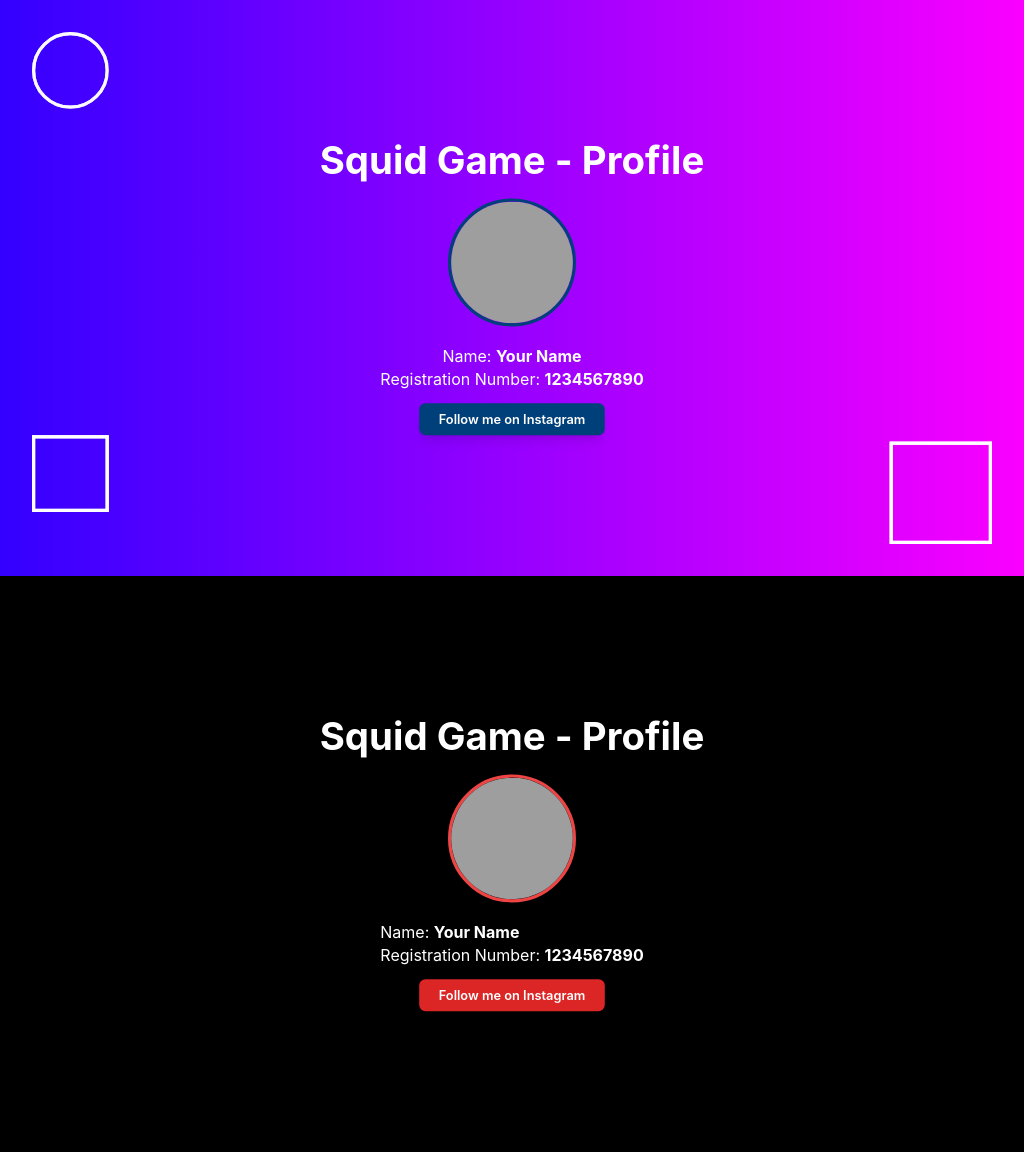
Repository: Vivek300705/Dashboard
Page: /second-page
These files come from the project's save history. The page is drawn as it stood at one moment and after the next save; the edit follows.
The browser window is 1280 px wide. The pictures show the whole page, at 80% of full size.
Pictures or frames that could not be fetched are drawn as grey boxes. The project was rebuilt for these pictures with package versions that can differ from the ones it lists, and the page was loaded fresh each time. Also part of the build but not shown: src/components/Home.js.

Above is the page before, as saved 2025-01-22 14:43:38.

After the next save:
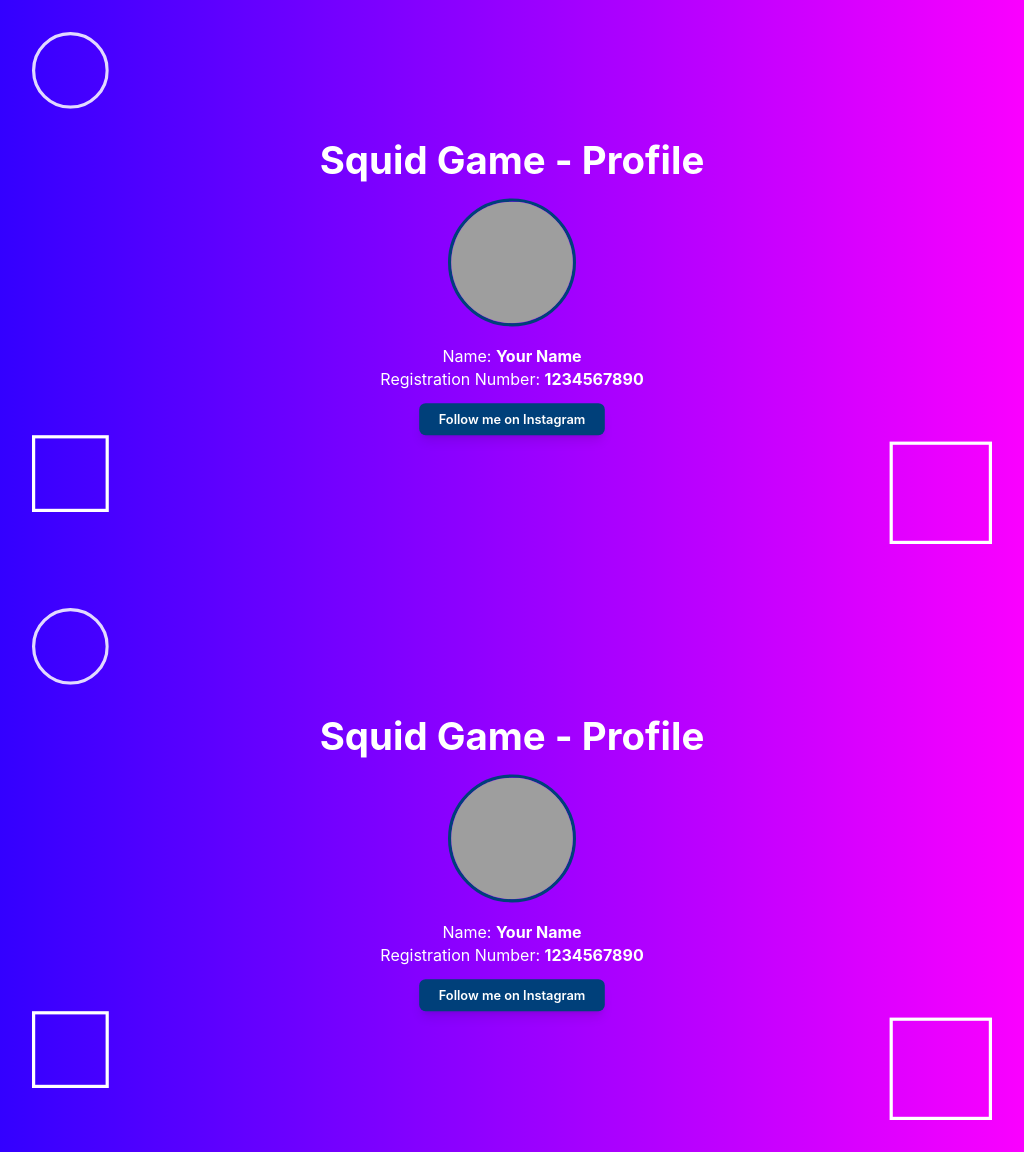
Saved 43 s later.
--- a/src/components/Profile.js
+++ b/src/components/Profile.js
@@ -6,12 +6,14 @@
   };
 
   return (
-    <div className="bg-black min-h-screen flex flex-col items-center justify-center text-white">
+    <div className="bg-gradient-to-r from-[#3300FF] to-[#FA00FF] min-h-screen flex flex-col items-center justify-center text-white relative">
       {/* Squid Game Style Header */}
-      <div className="text-5xl font-bold mb-6 text-center">Squid Game - Profile</div>
+      <div className="text-5xl font-bold mb-6 text-center">
+        Squid Game - Profile
+      </div>
 
       {/* Profile Picture */}
-      <div className="w-40 h-40 rounded-full overflow-hidden border-4 border-red-500 mb-6">
+      <div className="w-40 h-40 rounded-full overflow-hidden border-4 border-[#00407A] mb-6">
         <img
           src="/your-picture.jpg" // Replace with your image path
           alt="Your Name"
@@ -20,7 +22,7 @@
       </div>
 
       {/* Name and Registration Number */}
-      <div className="text-xl mb-4">
+      <div className="text-xl mb-4 text-center">
         <p>Name: <strong>Your Name</strong></p>
         <p>Registration Number: <strong>1234567890</strong></p>
       </div>
@@ -28,7 +30,7 @@
       {/* Instagram Button */}
       <button
         onClick={redirectToInstagram}
-        className="bg-red-600 hover:bg-red-700 text-white font-semibold py-2 px-6 rounded-lg shadow-lg transition duration-300 transform hover:scale-105"
+        className="bg-[#00407A] hover:bg-[#00305F] text-white font-semibold py-2 px-6 rounded-lg shadow-lg transition duration-300 transform hover:scale-105"
       >
         Follow me on Instagram
       </button>
